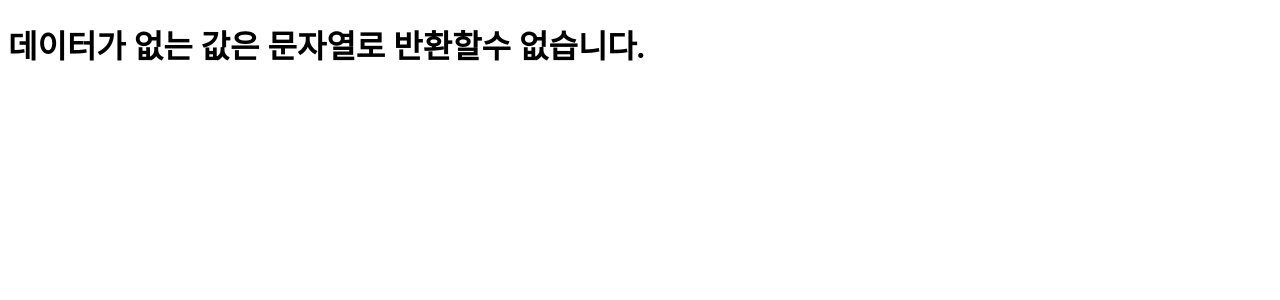
Repository: HeeMang28/jsp
Page: http://localhost/JSPBasic/jspobject/error/error_page2.jsp
These files come from the project's save history. The page is drawn as it stood at one moment and after the next save; the edit follows.
The browser window is 1280 px wide. The pictures show the whole page.
The page is served by Tomcat 9. Other server files are loaded and not shown.

Above is the page before, as saved 2022-03-30 12:17:12.

### JSPBasic/src/main/webapp/jspobject/error/error_page2.jsp
<%@ page language="java" contentType="text/html; charset=UTF-8"
    pageEncoding="UTF-8"%>
<!DOCTYPE html>
<html>
<head>
<meta charset="UTF-8">
<title>Insert title here</title>
</head>
<body>
	<h1> 데이터가 없는 값은 문자열로 반환할수 없습니다. </h1>
</body>
</html>

After the next save:
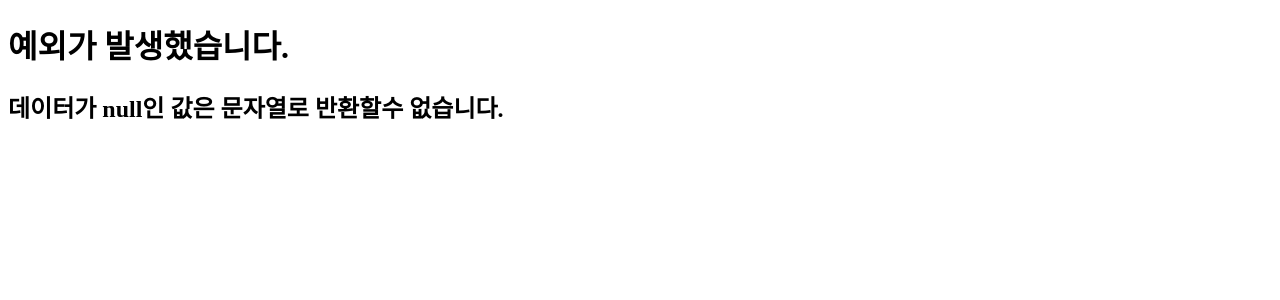
Saved 49 s later.
--- a/JSPBasic/src/main/webapp/jspobject/error/error_page2.jsp
+++ b/JSPBasic/src/main/webapp/jspobject/error/error_page2.jsp
@@ -7,6 +7,7 @@
 <title>Insert title here</title>
 </head>
 <body>
-	<h1> 데이터가 없는 값은 문자열로 반환할수 없습니다. </h1>
+	<h1> 예외가 발생했습니다. </h1>
+	<h2> 데이터가 null인 값은 문자열로 반환할수 없습니다.</h2>
 </body>
 </html>
